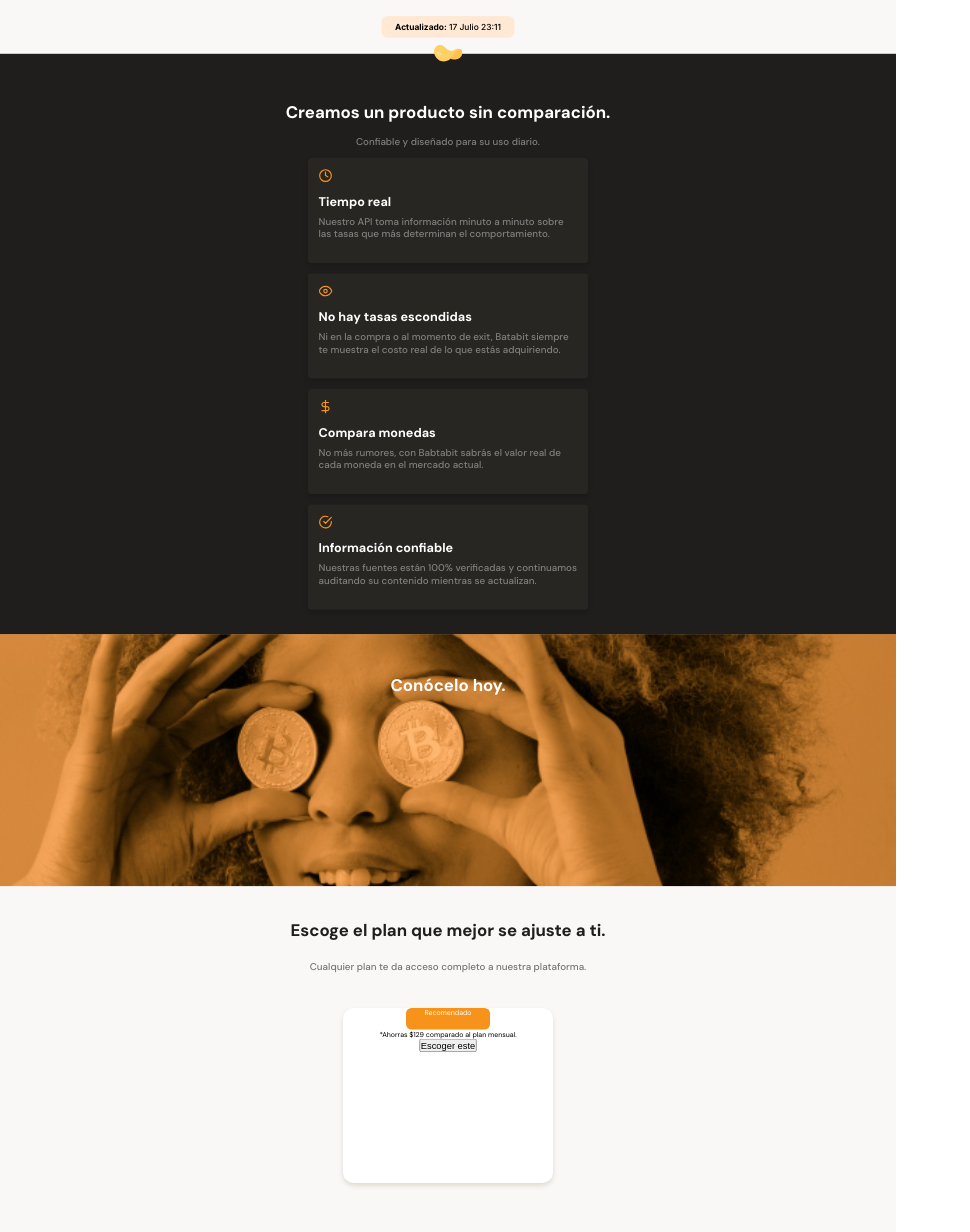
Repository: Pandrea-hub/Batatabit
Page: index.html
An editor plug-in stored every save of this project. The page is shown before and after the next save, followed by the edit.
The browser window is 1280 px wide. The page is 1386 px wide, so the pictures cover 1386 px, including what lies to the right of the window. The pictures show the part of the page from y = 1057 to 2817 px (the page is 2817 px tall), at 70% of full size.

Above is the page before, as saved 2022-04-19 15:04:56.

### index.html
<!DOCTYPE html>
<html lang="en">
<head>
    <meta charset="UTF-8">
    <meta http-equiv="X-UA-Compatible" content="IE=edge">
    <meta name="viewport" content="width=device-width, initial-scale=1.0">
    <title>Document</title>
    <link rel="preconnect" href="https://fonts.googleapis.com">
    <link rel="preconnect" href="https://fonts.gstatic.com" crossorigin>
    <link href="https://fonts.googleapis.com/css2?family=DM+Sans:wght@400;500;700&family=Inter:wght@300;500;700&display=swap" rel="stylesheet">
    <link rel="stylesheet" href="./style.css">
</head>
<body>


    <header>

        <img src="./assets/img/logo.svg" alt="Logo del header donde estara una patata y el nombre que es Batatabit"/>
        <div class="header--title-container">
            <h1>La próxima revolución en el intercambio de criptomonedas.</h1>
            <p>Batatabit te ayuda a navegar entre los diferentes precios y tendencias.</p>
            <a href="#plans" class="header--button">Conoce Nuestros Planes<span></span></a>
        </div>
    </header>


    <main>
        <section class="main-exchange--container">
            <div class="backgroungImg"></div>
            <div class="main-exchange--container--title">
                <h2>Visibilizamos todas las tasas de cambio.</h2>
                <p>Traemos información en tiempo real de las casas de cambio y las monedas más importantes del mundo.</p>
            </div>

            <section class="main-tables-container">
                <div class="main-currency-table">
                    <div class="currency-table">

                        <div class="container-arrow--left" id="arrow-left"></div>

                        <div class="currency-table--container" id="table-1">
                            <p class="currency-table--title" id="title-1">Monedas</p>
                            <table>
                                <tr>
                                    <tr>
                                        <td class="table__top--left">Bitcoin</td>
                                        <td class="table__top--right table__right">$1.96 <span class="down"></span></td>
                                    </tr>
                                    <tr>
                                        <td>Ethereum</td>
                                        <td class="table__right">$0.07 <span class="up"></span></td>
                                    </tr>
                                    <tr>
                                        <td>Ripple</td>
                                        <td class="table__right">$2.15 <span class="down"></span></td>
                                    </tr>
                                    <tr>
                                        <td class="table__bottom--left">Stellar</td>
                                        <td class="table__bottom-right table__right">$4.96 <span class="down"></span></td>
                                    </tr>
                                </tr>
                            </table>
                        </div>


                        <div class="currency-table--container" id="table-2">
                            <p class="currency-table--title" id="title-2">Comisiones</p>
                            <table>
                                <tr>
                                    <tr>
                                        <td class="table__top--left">Bitrade</td>
                                        <td class="table__top--right table__right">$ 12.96</td>
                                    </tr>
                                    <tr>
                                        <td>Bitpreco</td>
                                        <td class="table__right">$ 13.07</td>
                                    </tr>
                                    <tr>
                                        <td>Novadax</td>
                                        <td class="table__right">$ 13.15</td>
                                    </tr>
                                    <tr>
                                        <td class="table__bottom--left">Coinext</td>
                                        <td class="table__bottom-right table__right">$ 14.96</td>
                                    </tr>
                                </tr>
                            </table>
                        </div>

                        <div class="container-arrow" id="arrow-right"></div>

                    </div>

                    <div class="currency-table--date" id="table-date">
                        <p><b>Actualizado:</b> 17 Julio 23:11 </p></p>
                    </div>

                </div>
            </section>
        </section>

    <script>
        const arrow_right = document.getElementById("arrow-right")
        const arrow_left = document.getElementById("arrow-left")
        const table_1 = document.getElementById("table-1")
        const table_2 = document.getElementById("table-2")
        const date = document.getElementById("table-date");


        arrow_right.onclick = function(){
            arrow_right.style.display="none";
            table_1.style.display = "none"
            table_2.style.display = "grid"
            arrow_left.style.display = "block"
            date.style.backgroundColor="#E7F5FF";
        }
        arrow_left.onclick = function(){
            arrow_left.style.display="none";
            table_1.style.display = "grid"
            table_2.style.display = "none"
            arrow_right.style.display = "block"
            date.style.backgroundColor="#FFE9D4";
        }
    </script>


        <section class="main-product--detail">
            <span class="product-detail--batata-logo"></span>
            <div class="product-detail--title">
                <h2>Creamos un producto sin comparación.</h2>
                <p>Confiable y diseñado para su uso diario.</p>
            </div>
            <section class="product-cards--container">
                <article class="product-detail--card">
                    <span class="icon-card clock"></span>
                    <p class="product-card--title">Tiempo real</p>
                    <p class="product-card--body">Nuestro API toma información minuto a minuto sobre las tasas que más determinan el comportamiento.</p>
                </article>

                <article class="product-detail--card">
                    <span class="icon-card tasas"></span>
                    <p class="product-card--title">No hay tasas escondidas</p>
                    <p class="product-card--body">Ni en la compra o al momento de exit, Batabit siempre te muestra el costo real de lo que estás adquiriendo.</p>
                </article>


                <article class="product-detail--card">
                    <span class="icon-card money"></span>
                    <p class="product-card--title">Compara monedas</p>
                    <p class="product-card--body">No más rumores, con Babtabit sabrás el valor real de cada moneda en el mercado actual.</p>
                </article>


                <article class="product-detail--card">
                    <span class="icon-card info"></span>
                    <p class="product-card--title">Información confiable</p>
                    <p class="product-card--body">Nuestras fuentes están 100% verificadas y continuamos auditando su contenido mientras se actualizan.</p>
                </article>


            </section>

        </section>



        <section class="bitcoin-img--container">
            <h2>Conócelo hoy.</h2>
        </section>


        <section id="plans" class="main-plans-container">
            <div class="plans--title">
                <h2>Escoge el plan que mejor se ajuste a ti.</h2>
                <p>Cualquier plan te da acceso completo a nuestra plataforma.</p>
            </div>
            <section class="plans-container--slider">
                <article class="plans-container--card">
                    <p class="recommended">Recomendado</p>
                    <div class="plan-info--container">
                        <h3 class="plan-card--title">Pago Anual</h3>
                        <p class="plan-card--price"><sup>$</sup>99</p>
                        <p class="plan-card--saving">*Ahorras $129 comparado al plan mensual.</p>
                        <button class="plan-card--ca">Escoger este <span></span></button>
                    </div>
                </article>
            </section>
        </section>




    </main>

    <footer></footer>

</body>
</html>

### style.css
/*
1. Position
2. Box model
3. typography
4. Visual themes
5. Others
*/

:root{
    --bitcoin-orange:#F7931A;
    --soft-orange:#FFE9D4;
    --secondary-blue:#1A9AF7;
    --soft-blue:#E7F5FF;
    --warm-black:#201E1C;
    --black: #201e1c;
    --grey: #bababa;
    --off-white: #faf8f7;
    --just-white: #fff;
}

*{
    padding: 0;
    margin: 0;
    box-sizing: border-box;
}


html{
    font-size: 62.5%;
    font-family: "DM Sans", sans-serif;
}

header{
    position: relative;
    display: flex;
    flex-direction:column;
    justify-content: center;
    width: 100%;
    height: 334px;
    min-width: 320px;
    text-align: center;
    background: linear-gradient(207.8deg, #201E1C 16.69%, #F7931A 100%);

}

header img{
    width: 150px;
    height: 24px;
    margin-top: 60px;
    align-self: center;
}

.header--title-container{
    width: 90%;
    min-width: 288px;
    max-width: 900px;
    height: 218px;
    margin-top: 50px;
    text-align: center;
    align-self:center;
}

.header--title-container h1{
    font-size: 2.4rem;
    font-weight: bold;
    line-height: 2.6rem;
    color: var(--just-white);
}

.header--title-container p{
    font-size: 1.4rem;
    font-weight: 500;
    line-height: 1.8rem;
    color:var(--soft-orange);
    margin-top: 2.4rem;
}


.header--title-container .header--button{
    left: calc(50% - 229px/2);
    position: absolute;
    top: 270px;
    display: block;
    margin-top: 35px;
    padding: 15px;
    width: 229px;
    height: 48px;
    background-color: var(--off-white);
    /* Box shadow */
    box-shadow: 0px 4px 8px rgba(89, 73, 30, 0.16);
    border-radius: 4px;
    font-weight: bold;
    font-size: 14px;
    line-height: 18px;
    color:var(--warm-black);
    text-decoration: none;
}

.header--button span{
    display: inline-block;
    width: 13px;
    height: 8px;
    margin-left: 10px;
    background-image: url('./assets/icons/down-arrow.svg');
}

main{
    width: 100%;
    height: auto;
    background-color:var(--off-white);
    min-width: 320px;
}


.main-exchange--container{
    width: 100%;
    height: auto;
    padding-top: 80px;
    padding-bottom: 30px;
    text-align: center;
}

.main-exchange--container--title{
    width: 100%;
    min-width: 288px;
    max-width: 900px;
    margin: 10px auto;
    padding: 1%;
}

.main-exchange--container .backgroungImg{
    width: 200px;
    height: 200px;
    margin: 0 auto;
    margin-bottom: 50px;
    background-image: url(./assets/img/bitcoin.svg);
    background-size: cover;
    background-position: center;
    background-repeat: no-repeat;
}


.main-exchange--container--title h2{
    margin-bottom: 30px;
    font-size: 2.4rem;
    font-weight: bold;
    line-height: 2.6rem;
    align-self:center;
    color:var(--warm-black);
}




.main-exchange--container--title p{
    margin-bottom: 30px;
    font-size: 1.4rem;
    line-height: 1.8rem;
    font-weight: 500;
    color:#757575;
    text-align: center;

}





/*Tables*/


.main-tables-container{
    margin: 20px auto;
    width: 100%;
}



.main-currency-table{
    display: flex;
    flex-direction: column;
    width: 70%;
    min-width: 235px;
    max-width: 500px;
    height: 240px;
    margin: 0 auto;
    font-family: "Inter", sans-serif;
}

.main-currency-table .currency-table--title{
    width: 81px;
    height: 10px;
    margin: 0 auto;
    position: absolute;
    font-size: 1.8rem;
    font-weight: bold;
    line-height: 2.3rem;
    font-family: "DM Sans";
    color:var(--bitcoin-orange);
}

.currency-table{
    width: 100%;
}


.currency-table--container{
    margin: 0 auto;
    width: 100%;
    height: 90px;
    min-width: 230px;
    max-width: 300px;

}

.currency-table--container table{
    width: 70%;
    height: 180px;
    margin: 30px auto;
    position: absolute;
}


.currency-table--container td{
    width: 50%;
    font-size: 1.6rem;
    font-weight: 500;
    line-height: 1.9rem;
    color:var(--grey);
    background-color:var(--just-white);
    margin: 0px 10px;

}

.table__top--left{
    border-radius: 15px 0 0 0;
}

.table__top--right{
    border-radius:0 15px 0 0;
}


.table__bottom-right{
    border-radius:0 0 15px 0;
}

.table__bottom--left{
    border-radius:0 0 0 15px;
}

.currency-table--container .table__right{
    font-size: 1.4rem;
    font-weight: normal;
    line-height: 1.7rem;
    color:#757575;
}


.currency-table--container .down{
    display: inline-block;
    width: 15px;
    height: 15px;
    margin-left: 10px;
    background-image:url("./assets/icons/trending-down.svg");
    background-size:cover;
    background-repeat:no-repeat;
}

.currency-table--container .up{
    display: inline-block;
    width: 15px;
    height: 15px;
    margin-left: 10px;
    background-image:url("./assets/icons/trending-up.svg");
    background-size:cover;
    background-repeat:no-repeat;
}


.currenty-table{
    display: grid;
    grid-template-columns: 1fr 1fr 1fr;

}


.container-arrow{
    height: 10px;
    width: 12px;
    background-image: url("../assets/icons/right-arrow.svg");
    background-repeat: no-repeat;
    background-size: contain;
    background-position: center;
    position: absolute;
    margin-top: 8%;
    right: 31px;
    cursor: pointer;
}


.container-arrow--left{
    display: none;
    height: 10px;
    width: 12px;
    background-image: url("../assets/icons/left-arrow.svg");
    background-repeat: no-repeat;
    background-size: contain;
    background-position: center;
    position: absolute;
    margin-top:120px;
    left: 20px;
    cursor: pointer;
}


#title-2{
    color:var(--secondary-blue);
}



.currency-table--date{
    margin: 0 auto;
    font-size: 12px;
    position: absolute;
    width: 190px;
    height: 31px;
    left: calc(50% - 95px);
    top: 1080px;
    padding: 8px;
    background-color:var(--soft-orange);
    border-radius:8px;
}

#table-2{
    display: none;
}

.main-product--detail{
    position: relative;
    width: 100%;
    min-width: 320px;
    height: auto;
    padding: 20px 10px;
    background-color:var(--warm-black);
    margin-top: 30px;
}


.product-detail--batata-logo{
    left: calc(50% - 20px);
    top: -12.5px;
    position: absolute;
    width: 40px;
    height: 25px;
    background-image:url("./assets/icons/batata.svg");
}


.product-detail--title{
    width: 90%;
    min-width: 288px;
    height: auto;
    margin: 0 auto;
    margin-top: 50px;
    text-align: center;
}


.product-detail--title h2{
    margin-bottom: 20px;
    font-size: 2.4rem;
    font-weight: bold;
    line-height: 2.6rem;
    color:var(--just-white);

}

.product-detail--title p{
    color:#808080;
    font-size: 1.4rem;
    font-weight: 500;
    line-height: 1.8rem;
}


.product-detail--card{
    width: 90%;
    min-width: 288px;
    max-width: 400px;
    height: 150px;
    margin: 15px auto;
    padding: 15px;
    background-color:#282623;
    border-radius:5px;
    box-shadow:0px 4px 8px rgba(0, 0, 0, 0.16);

}


.product-detail--card .icon-card{
    display: inline-block;
    width: 20px;
    height: 20px;
    background-position: center;
    background-size: cover;
    background-repeat: no-repeat;
    margin-bottom: 15px;

}

.clock{
    background-image:url("./assets/icons/clock.svg");
}

.tasas{
    background-image:url("./assets/icons/eye.svg");
}

.money{
    background-image:url("./assets/icons/dollar-sign.svg");
}

.info{
    background-image:url("./assets/icons/check-circle.svg");
}

.product-card--title{
    font-weight: 700;
    font-weight: bold;
    font-size: 1.8rem;
    line-height: 1.8rem;
    color:var(--just-white);
}


.product-card--body{
    font-weight: 500;
    font-size: 1.4rem;
    line-height: 1.8rem;
    color: #808080;
    margin-top: 10px;
}


/*Seccion de planes*/

.bitcoin-img--container{
    width: 100%;
    min-width: 320px;
    height: 50vh;
    background-image:url('./assets/img/bitcoinbaby2x.jpg');
    background-position:center;
    background-size:cover;
    background-repeat:no-repeat;
    text-align: center;
}

.bitcoin-img--container h2{
    padding-top: 60px;
    font-size: 2.4rem;
    font-weight: bold;
    line-height: 2.6rem;
    color:var(--just-white);
}


.main-plans-container{
    width: 100%;
    min-width: 320px;
    padding-bottom: 70px;
    text-align: center;
}

.plans--title{
    width: 90%;
    min-width: 288px;
    height: auto;
    margin: 0 auto;
    margin-bottom: 50px;
}


.plans--title h2{
    padding-top: 50px;
    font-size: 2.4rem;
    font-weight: bold;
    line-height: 2.6rem;
    color:var(--warm-black);
}


.plans--title p{
    padding-top: 30px;
    font-size: 1.4rem;
    font-weight: 500;
    line-height: 1.8rem;
    color:rgba(117, 117, 117, 1);
}

.plans-container--card{
    position: relative;
    width: 70%;
    min-width: 230px;
    max-width: 300px;
    height: 250px;
    margin: 50px auto 0;
    padding: 0 15px;
    border-radius:15px;
    box-shadow: 0 4px 8px rgba(89, 73, 30, 0.16);
    background:var(--just-white);
}

.recommended{
    position: absolute;
    width: 120px;
    height: 31px;
    left: calc(50% - 60px);
    background-color:var(--bitcoin-orange);
    border-radius:8px;
    color:var(--just-white);
}

After the next save:
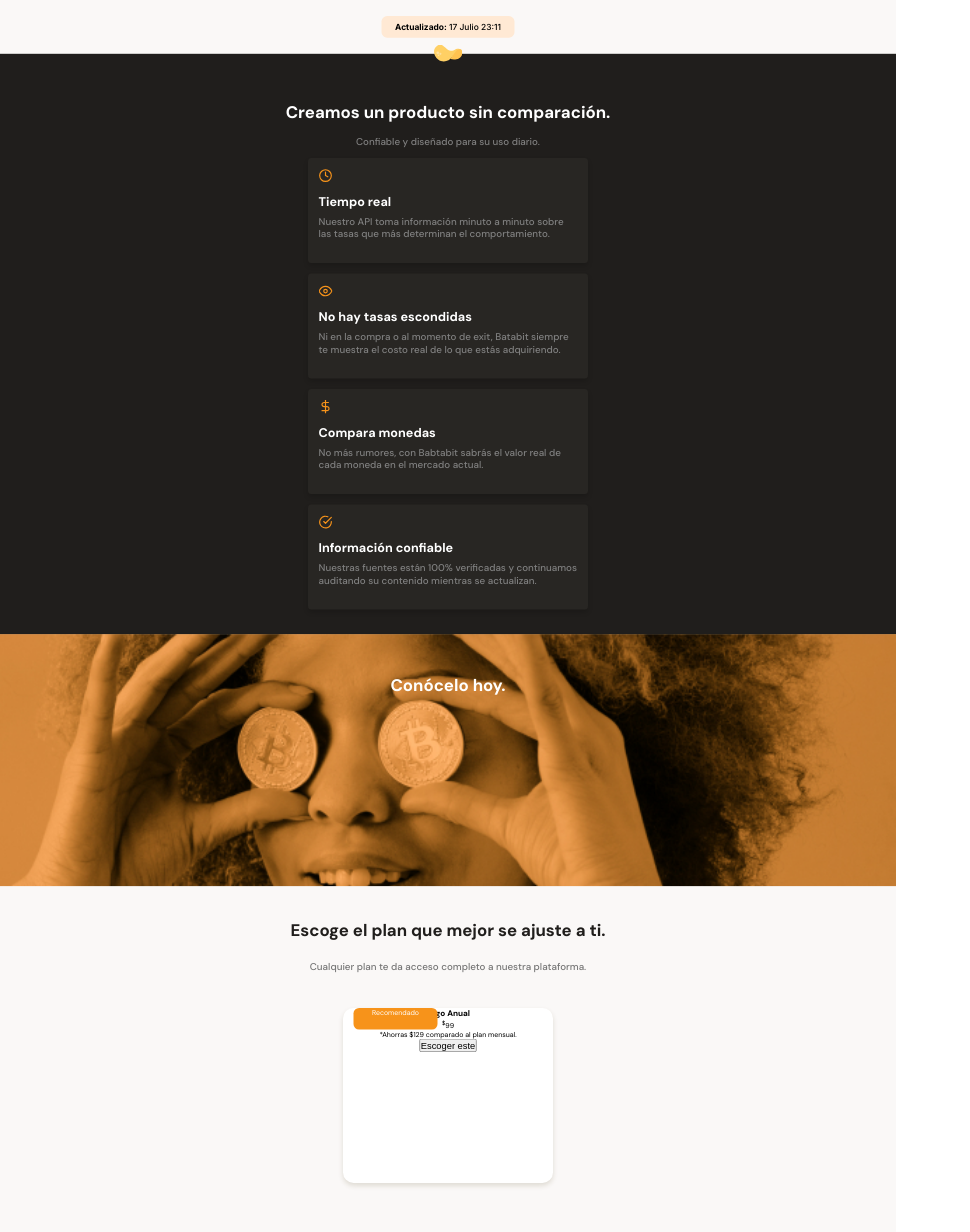
Saved 14 s later.
--- a/style.css
+++ b/style.css
@@ -516,7 +516,7 @@
     position: absolute;
     width: 120px;
     height: 31px;
-    left: calc(50% - 60px);
+    left: calc(50% -60px);
     background-color:var(--bitcoin-orange);
     border-radius:8px;
     color:var(--just-white);

After the save that followed:
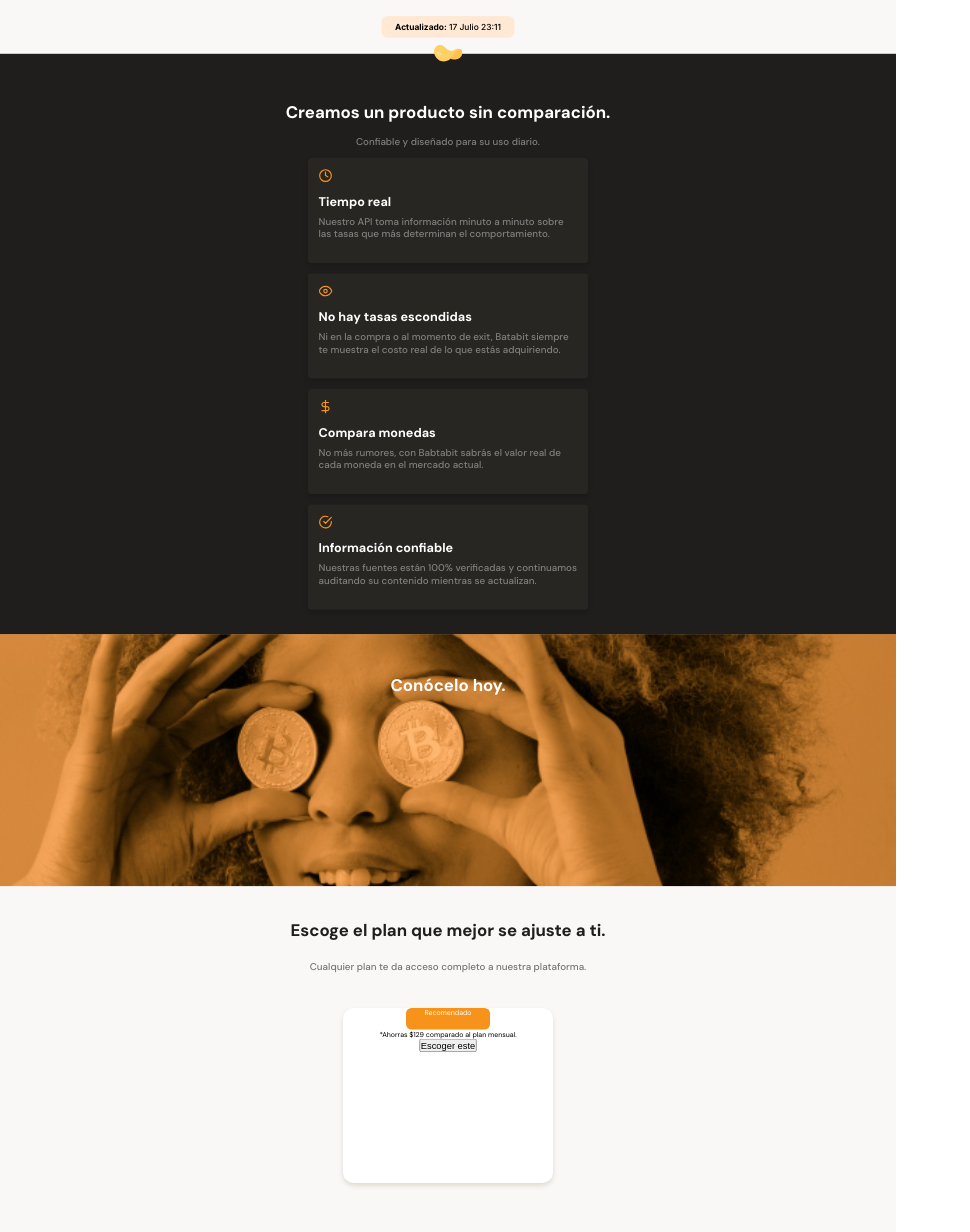
Saved 5 s later.
--- a/style.css
+++ b/style.css
@@ -516,7 +516,7 @@
     position: absolute;
     width: 120px;
     height: 31px;
-    left: calc(50% -60px);
+    left: calc(50% - 60px);
     background-color:var(--bitcoin-orange);
     border-radius:8px;
     color:var(--just-white);
